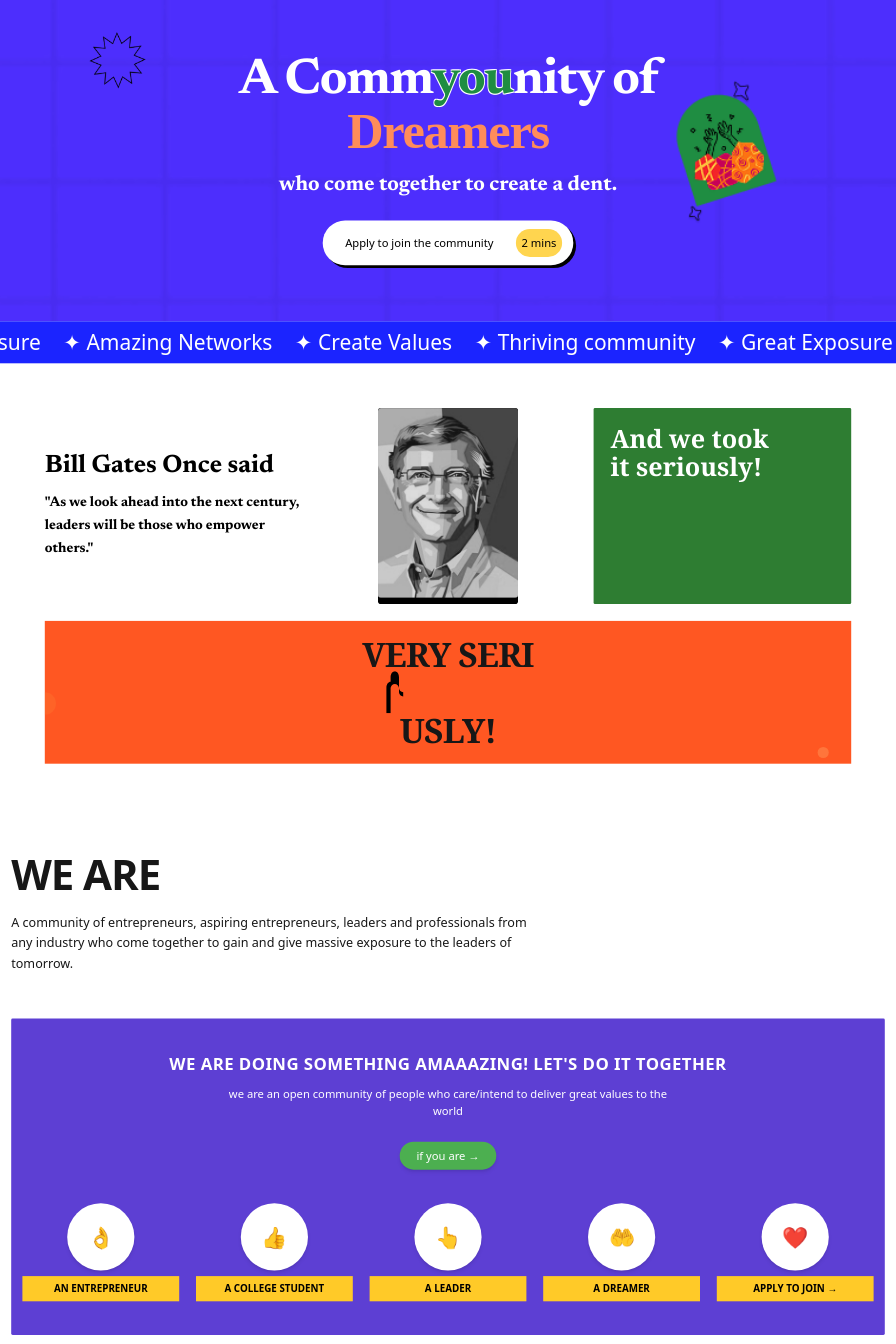
Repository: as-avni/dreamersite
Page: /
The author's editor kept a copy of each file at every save. The page is drawn from the files as they stood at one save, then again after the next save.
The browser window is 1280 px wide. The pictures show the part of the page from y = 0 to 1920 px (the page is 2628 px tall), at 70% of full size.
Some web fonts or font styles are not loaded; a fallback is used. The project was rebuilt for these pictures with package versions that can differ from the ones it lists, and the page was loaded fresh each time. Some packages were replaced by stand-ins written for this rebuild. The framework's server and built-in components were replaced by stand-ins that run in the browser. Also part of the build but not shown: next.config.ts.

Above is the page before, as saved 2025-03-21 04:45:51.

After the next save:
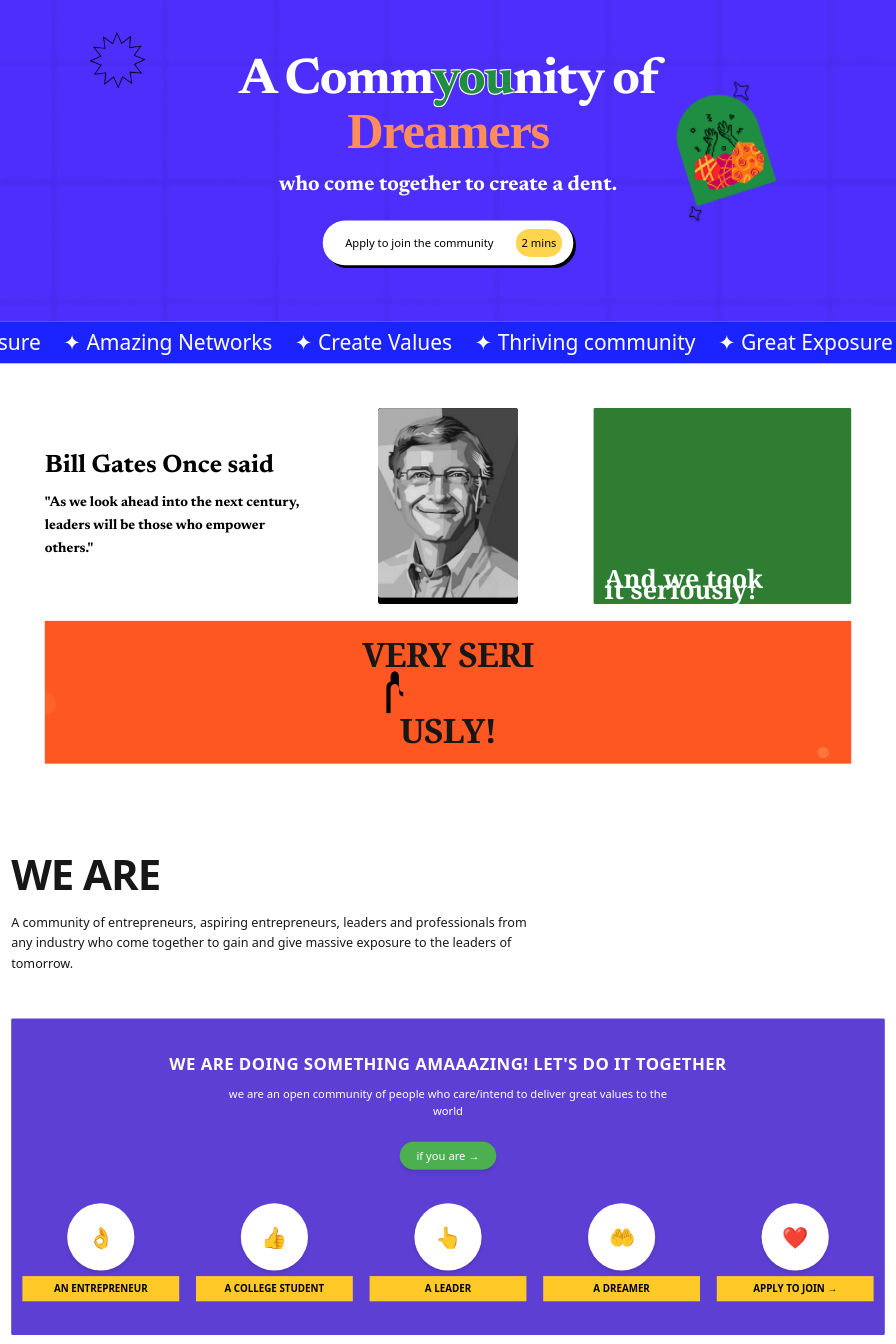
Saved 9 s later.
--- a/src/components/bill-gates.tsx
+++ b/src/components/bill-gates.tsx
@@ -42,15 +42,20 @@
 
             {/* Green Box Section */}
             <motion.div
-                className="h-[280px] col-span-1 bg-[#2E7D32] flex flex-col p-6 text-white rounded-sm"
-                initial={{ opacity: 0, x: 20 }}
-                whileInView={{ opacity: 1, x: 0 }}
-                transition={{ duration: 0.6, delay: 0.4 }}
-                viewport={{ once: true }}
-            >
-                <p className="text-4xl font-serif font-bold">And we took</p>
-                <p className="text-4xl font-bold font-serif">it seriously!</p>
-            </motion.div>
+    className="h-[280px] col-span-1 bg-[#2E7D32] flex flex-col p-6 text-white rounded-sm relative"
+    initial={{ opacity: 0, x: 20 }}
+    whileInView={{ opacity: 1, x: 0 }}
+    transition={{ duration: 0.6, delay: 0.4 }}
+    viewport={{ once: true }}
+>
+    <p className="absolute bottom-4 left-4 text-4xl font-serif font-bold">
+        And we took
+    </p>
+    <p className="absolute bottom-0 left-4 text-4xl font-bold font-serif">
+        it seriously!
+    </p>
+</motion.div>
+
         </div>
 
         {/* Orange Section */}
